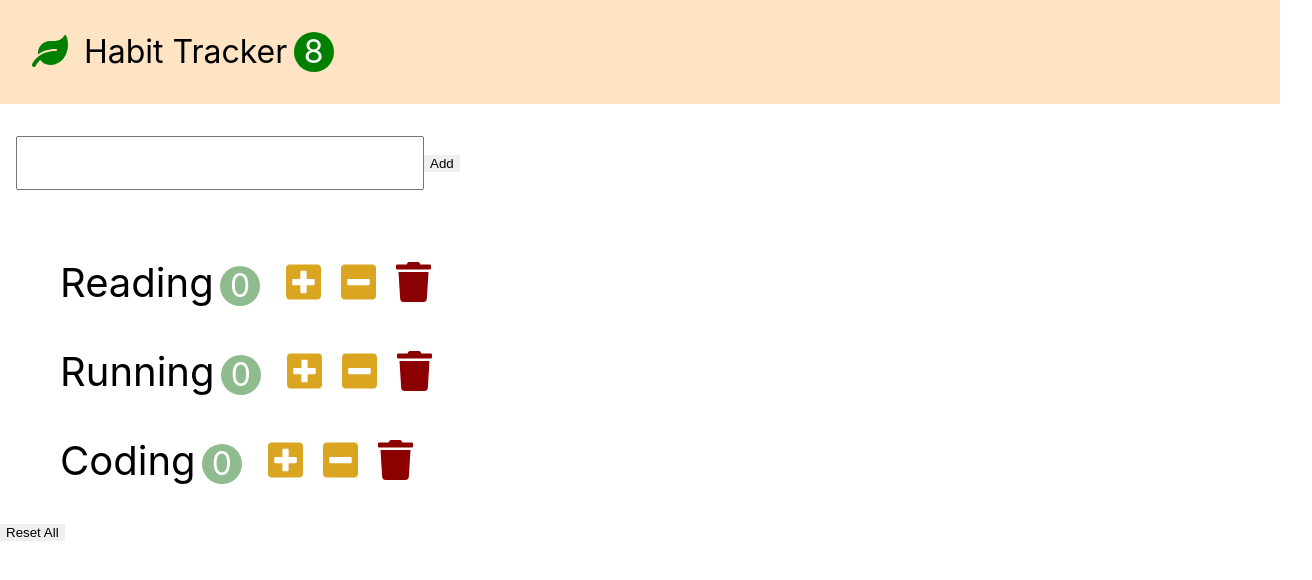
Repository: keehoonjung/react-habit-tracker
Page: / (app in react/habit-tracker/)
The author's editor kept a copy of each file at every save. The page is drawn from the files as they stood at one save, then again after the next save.
The browser window is 1280 px wide. The page is 1312 px wide, so the pictures cover 1312 px, including what lies to the right of the window. The pictures show the whole page.
The project was rebuilt for these pictures with package versions that can differ from the ones it lists, and the page was loaded fresh each time.

Above is the page before, as saved 2021-08-30 18:35:13.

After the next save:
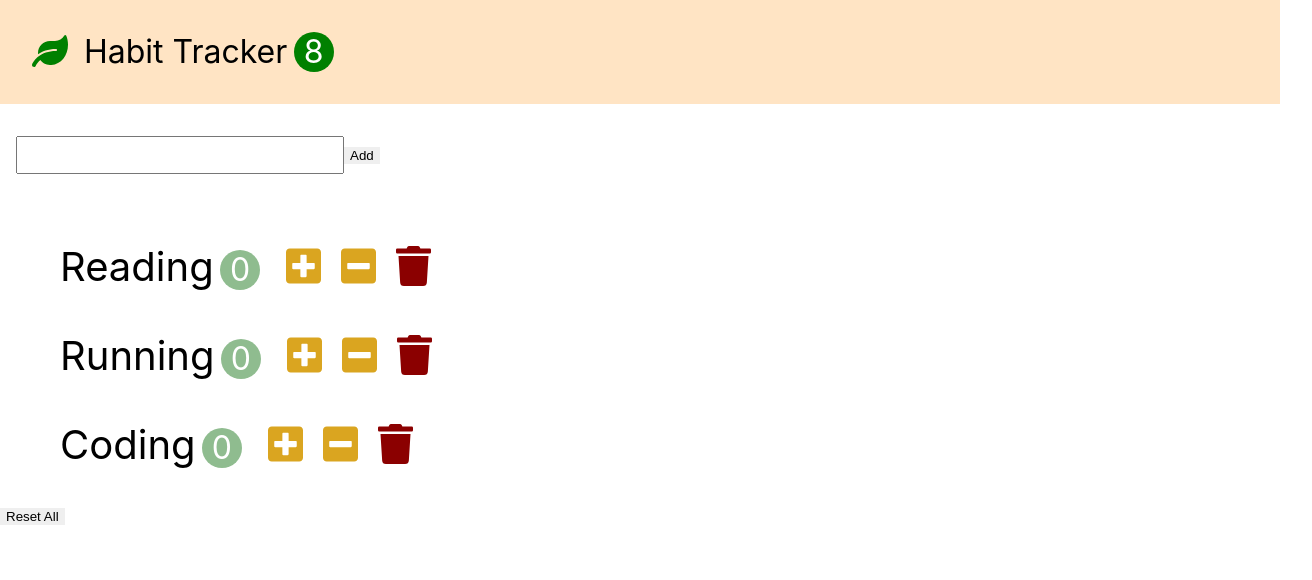
Saved 6 s later.
--- a/react/habit-tracker/src/app.css
+++ b/react/habit-tracker/src/app.css
@@ -35,8 +35,8 @@ button {
 }
 
 .input {
-  width: 25rem;
-  height: 3rem;
+  width: 20rem;
+  height: 2rem;
 }
 
 .habit {
